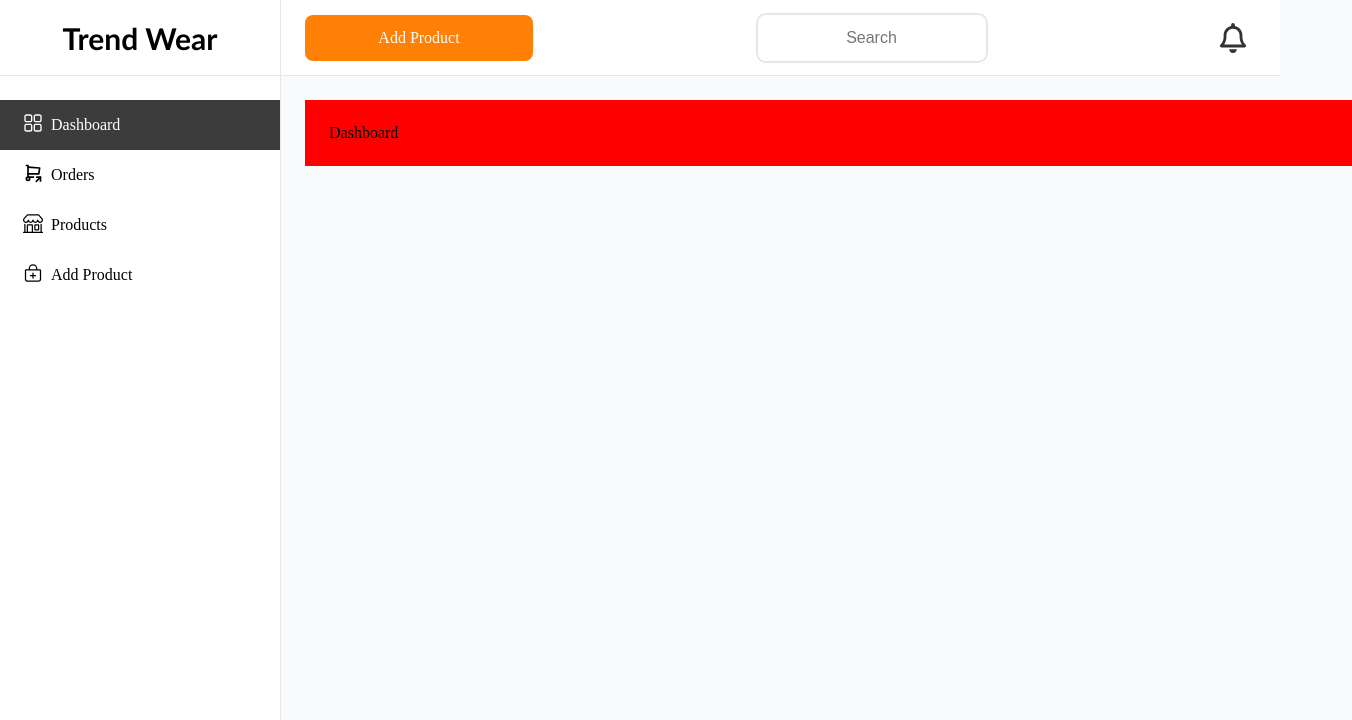
Repository: ahmad-dev7/TrendWear
Page: / (app in trend_wear_dashboard/)
The author's editor kept a copy of each file at every save. The page is drawn from the files as they stood at one save, then again after the next save.
The browser window is 1280 px wide. The page is 1352 px wide, then 1328 px, so the pictures cover 1352 px, including what lies to the right of the window. The pictures show the whole page.
The project was rebuilt for these pictures with package versions that can differ from the ones it lists, and the page was loaded fresh each time. Also part of the build but not shown: trend_wear_dashboard/vite.config.ts.

Above is the page before, as saved 2025-01-19 23:12:25.

After the next save:
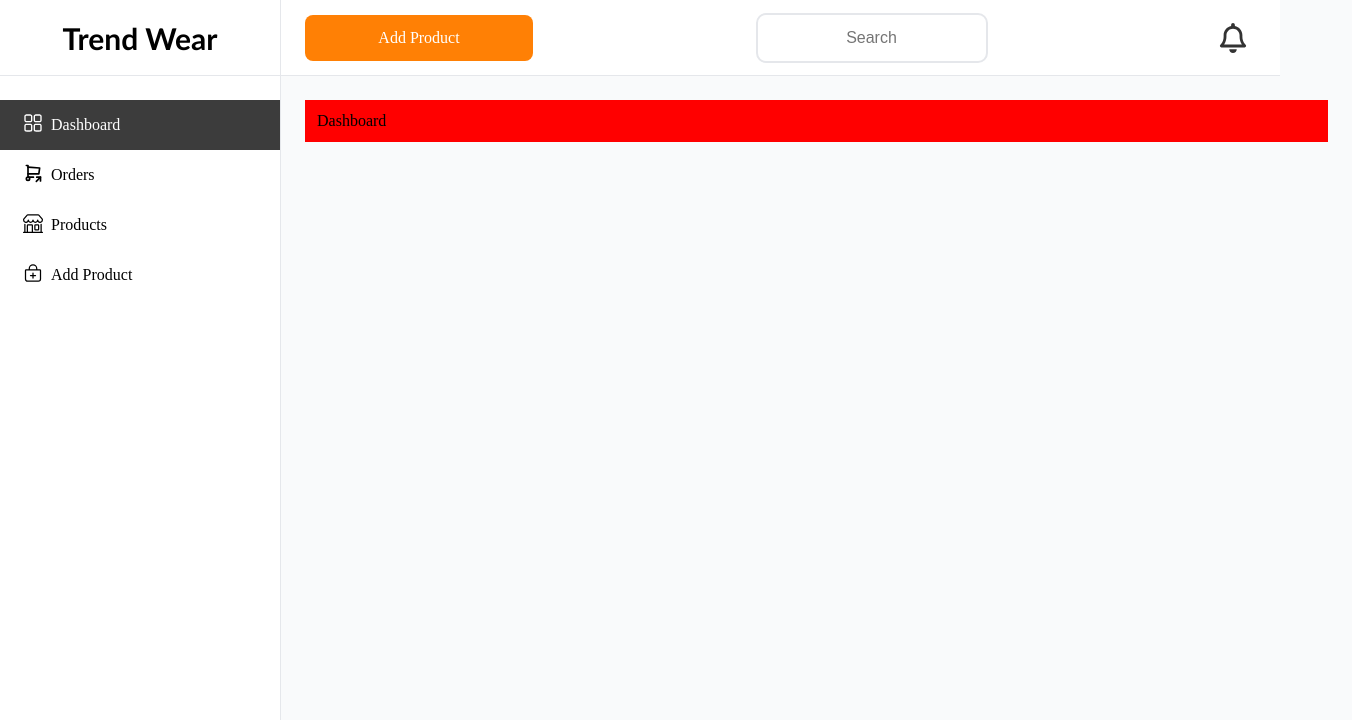
Saved 13 s later.
--- a/trend_wear_dashboard/src/Components/Body/Body.css
+++ b/trend_wear_dashboard/src/Components/Body/Body.css
@@ -10,7 +10,7 @@
 
 #content-body {
     margin: 24px;
-    padding: 24px;
+    padding: 12px;
     width: 100%;
     background-color: red;
 }
